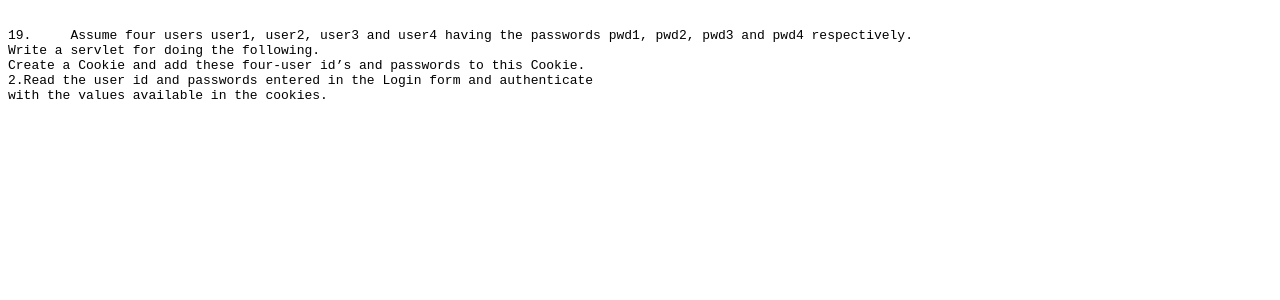
Repository: VIVEKANAND-SINHA/AdvanceJavaTraining
Page: ProjectFileAdvanceJava/src/main/webapp/Question19.html
The author's editor kept a copy of each file at every save. The page is drawn from the files as they stood at one save, then again after the next save.
The browser window is 1280 px wide. The pictures show the whole page.

Above is the page before, as saved 2023-01-26 17:26:15.

After the next save:
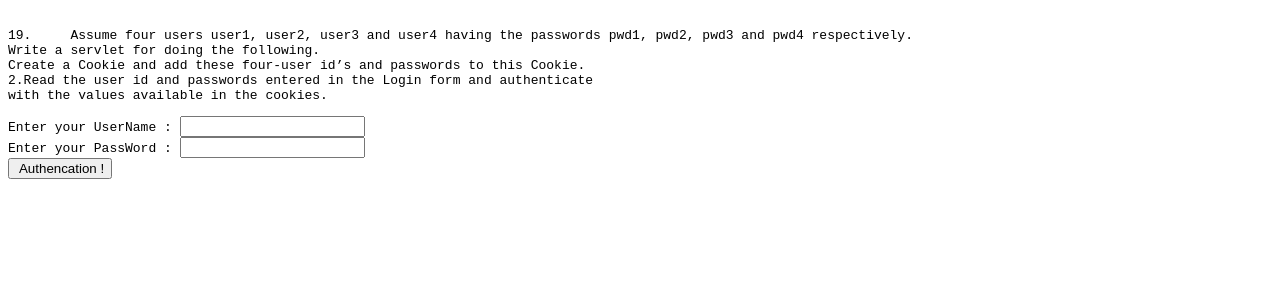
Saved 2 min 43 s later.
--- a/ProjectFileAdvanceJava/src/main/webapp/Question19.html
+++ b/ProjectFileAdvanceJava/src/main/webapp/Question19.html
@@ -14,5 +14,15 @@ Create a Cookie and add these four-user id’s and passwords to this Cookie.
 with the values available in the cookies.
 </pre>
 
+<form method = "post" action = "myauth">
+<pre>
+Enter your UserName : <input type = "text" name = "name">
+Enter your PassWord : <input type = "text" name = "pass">
+<button type = "submit"> Authencation !</button>
+
+
+</pre>
+</form>
+
 </body>
 </html>
